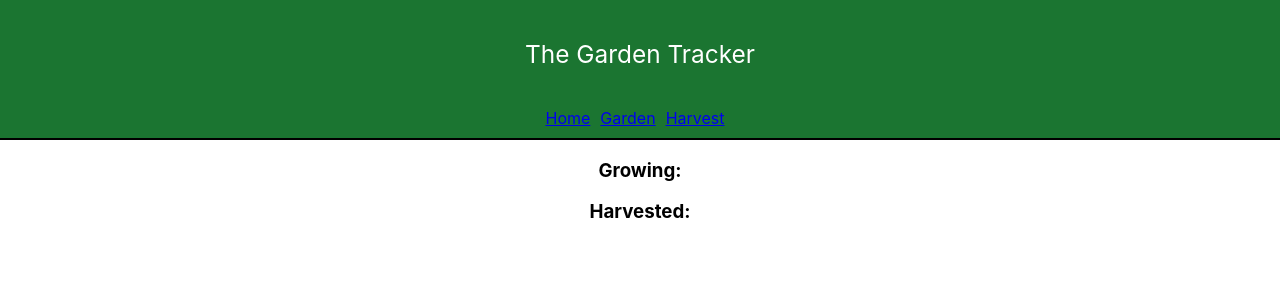
Repository: charliejp0311/ReactReduxFinal
Page: / (app in gardentracker/)
The author's editor kept a copy of each file at every save. The page is drawn from the files as they stood at one save, then again after the next save.
The browser window is 1280 px wide. The pictures show the whole page.
The page's requests for data from a server got no answer. The project was rebuilt for these pictures with package versions that can differ from the ones it lists, and the page was loaded fresh each time. No one was signed in, and anything a server would have sent is missing. Also part of the build but not shown: gardentracker/src/components/plantForm.js, gardentracker/src/components/GardenPlant.js, gardentracker/src/components/HarvestPlant.js, gardentracker/src/components/plantList.js, gardentracker/src/containers/GardenContainer.js, gardentracker/src/containers/HarvestContainer.js, gardentracker/src/components/UpdatePlantForm.js, gardentracker/src/components/NoteForm.js and 3 more.

Above is the page before, as saved 2020-11-09 12:13:50.

After the next save:
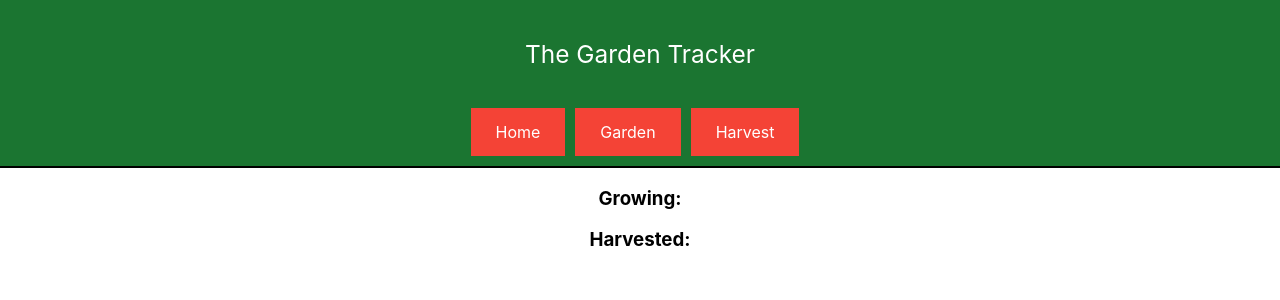
Saved 4 min 8 s later.
--- a/gardentracker/src/App.css
+++ b/gardentracker/src/App.css
@@ -47,6 +47,21 @@
   border-radius: 10px;
 }
 
+a:link,
+a:visited {
+  background-color: #f44336;
+  color: white;
+  padding: 14px 25px;
+  text-align: center;
+  text-decoration: none;
+  display: inline-block;
+}
+
+a:hover,
+a:active {
+  background-color: red;
+}
+
 @keyframes App-logo-spin {
   from {
     transform: rotate(0deg);
